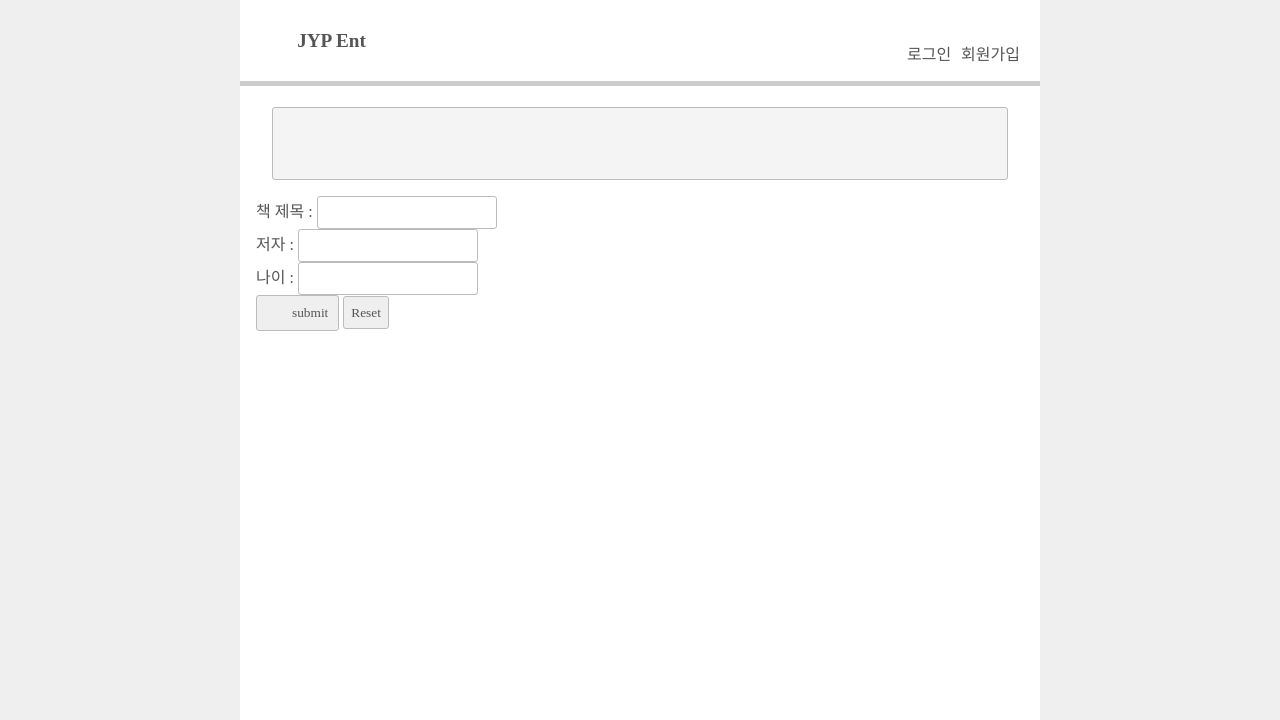
Repository: junyong231/JSP-SSIT
Page: http://localhost/jspPro/days01/ex02.jsp
The author's editor kept a copy of each file at every save. The page is drawn from the files as they stood at one save, then again after the next save.
The browser window is 1280 px wide. The pictures show the whole page.
Some web fonts or font styles are not loaded; a fallback is used. The page is served by Tomcat 9. Nobody is signed in. The application's start-up code is not run.

Above is the page before, as saved 2024-10-15 05:15:48.

After the next save:
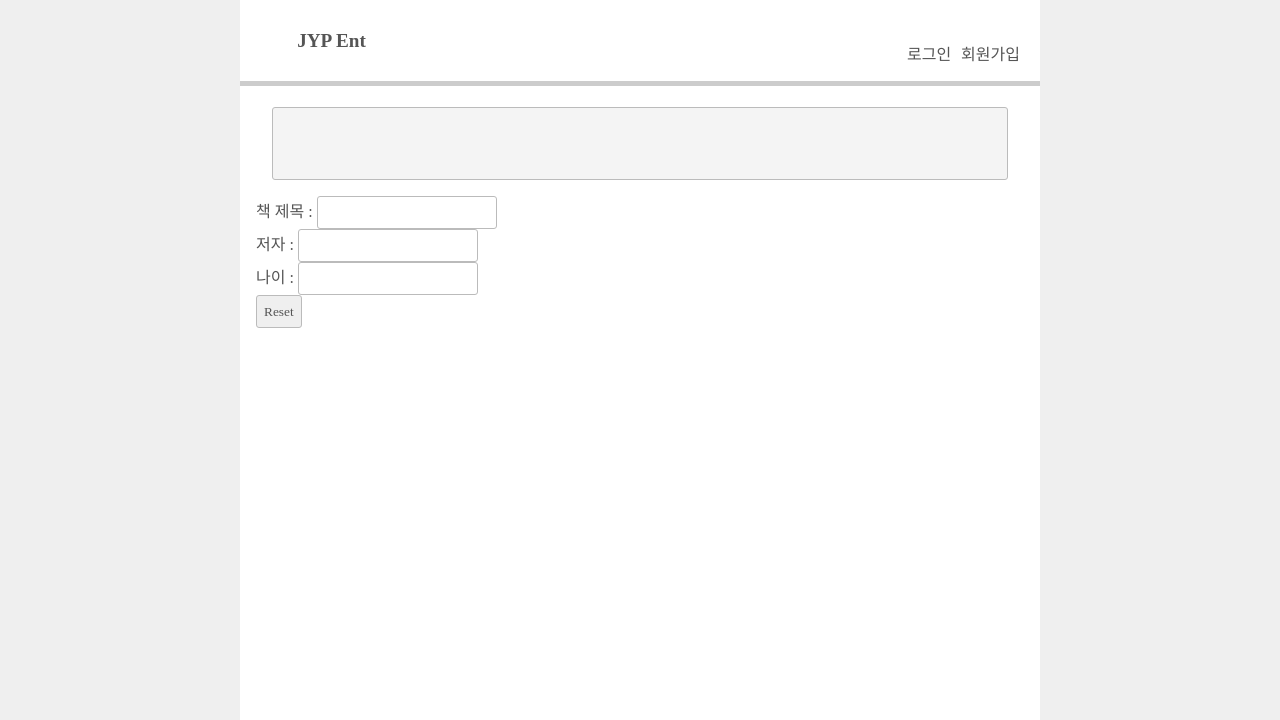
Saved 15 s later.
--- a/jspPro/src/main/webapp/days01/ex02.jsp
+++ b/jspPro/src/main/webapp/days01/ex02.jsp
@@ -33,7 +33,7 @@
   책 제목 : <input type="text" id="title" name="title" autofocus> <br>
   저자 : <input type="text" id="author" name="author"> <br> <!-- name 있어야됨 -->
   나이 : <input type="text" id="age" name="age"> <br>
-  <button type="submit">submit</button>
+  <!--  <button type="submit">submit</button> -->
   <!-- <input type="submit"> -->
   <input type="reset">
 
